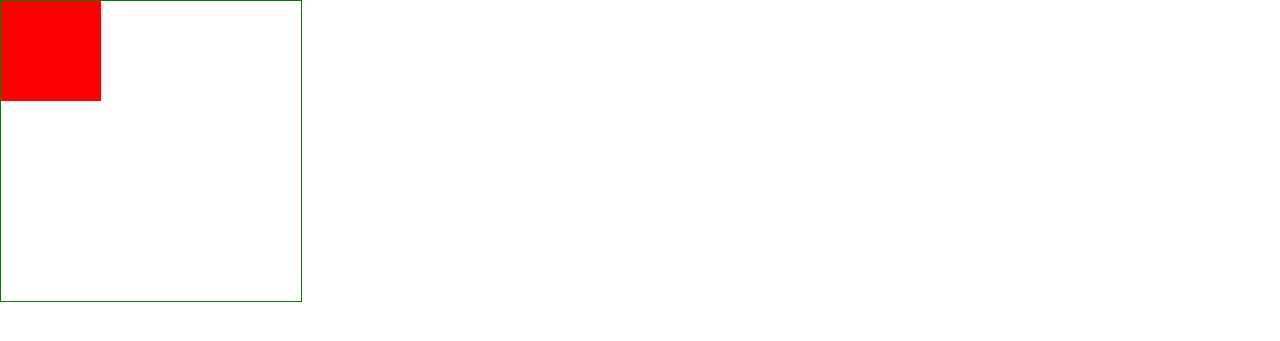
Repository: 319226862/wyy
Page: JavaScript/center.html
An editor plug-in stored every save of this project. The page is shown before and after a run of saves, followed by the edit.
The browser window is 1280 px wide. The pictures show the whole page.

Above is the page before, as saved 2023-07-26 09:44:51.

After the next 2 saves:
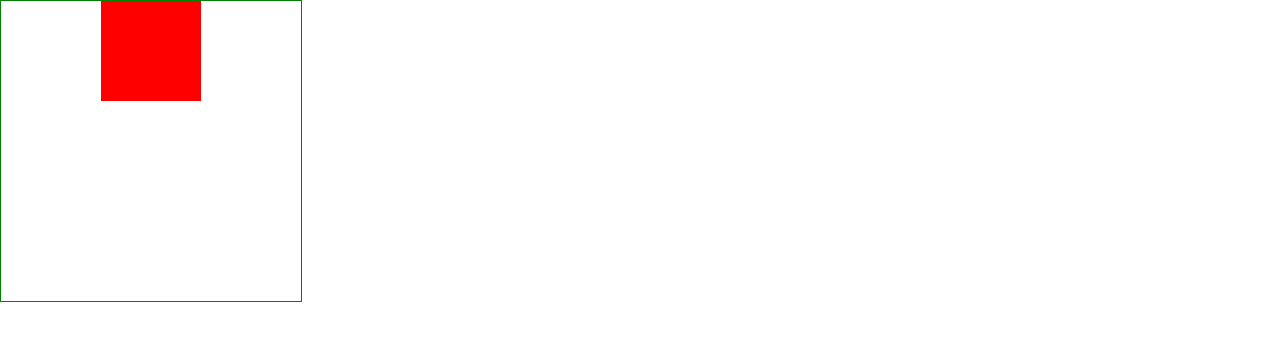
The 2 saves are shown as one change because they came seconds apart.
The last was saved 26 s later.
--- a/JavaScript/center.html
+++ b/JavaScript/center.html
@@ -14,10 +14,10 @@
             height: 300px;
             border: 1px solid green;
             display: grid;
+            justify-items: center;
         }
         #box{
-            align-items: center;
-            /* justify-items: center; */
+            /* align-items: center; */
             width: 100px;
             height: 100px;
             background-color: red;
